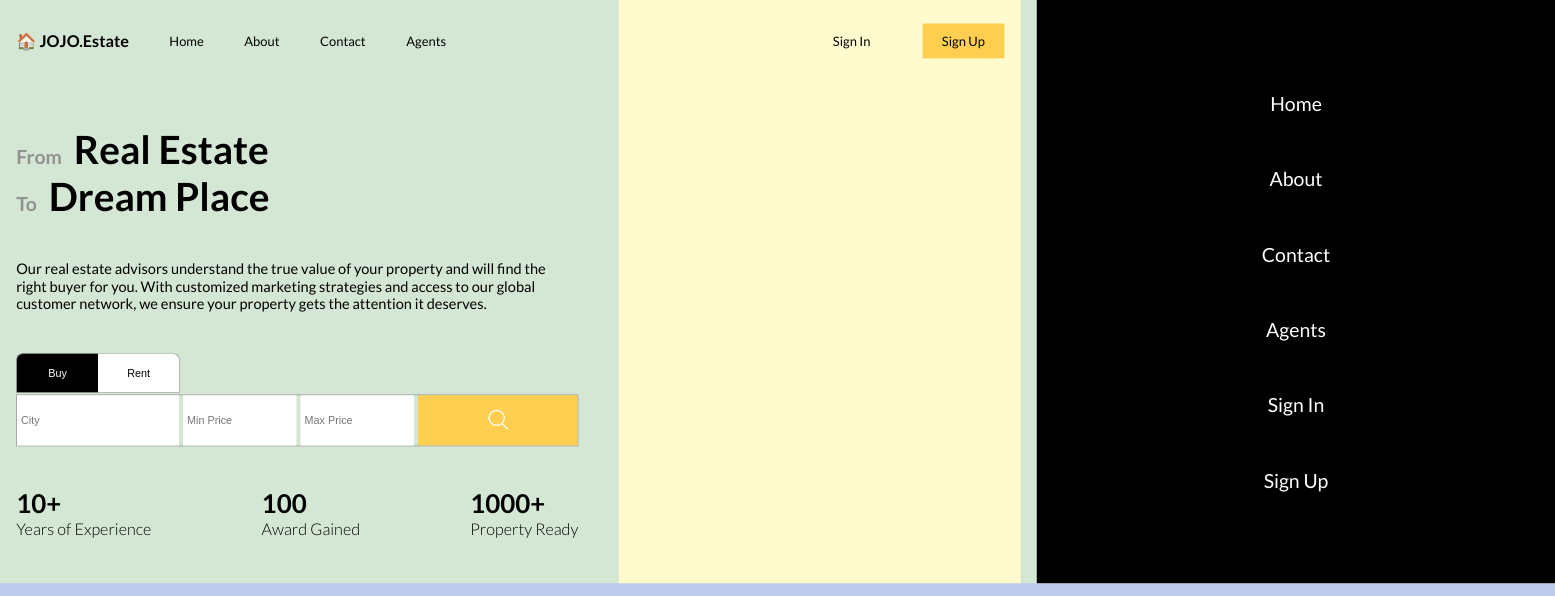
Repository: AiTrinh303/JOJO-estate
Page: /
The author's editor kept a copy of each file at every save. The page is drawn from the files as they stood at one save, then again after the next save.
The browser window is 1280 px wide. The page is 1920 px wide, so the pictures cover 1920 px, including what lies to the right of the window. The pictures show the whole page, at 81% of full size.
The page's requests for data from a server got no answer. The project was rebuilt for these pictures with package versions that can differ from the ones it lists, and the page was loaded fresh each time. No one was signed in, and anything a server would have sent is missing. Also part of the build but not shown: vite.config.js, src/lib/dummydata.js, src/routes/listPage/listPage.scss, src/components/filter/filter.scss, src/components/filter/Filter.jsx, src/components/card/card.scss, src/components/card/Card.jsx, src/components/map/map.scss and 22 more. Imported but missing from the stored project, and not drawn on this page: src/components/uploadWidget/UploadWidget.

Above is the page before, as saved 2024-08-06 22:55:13.

After the next save:
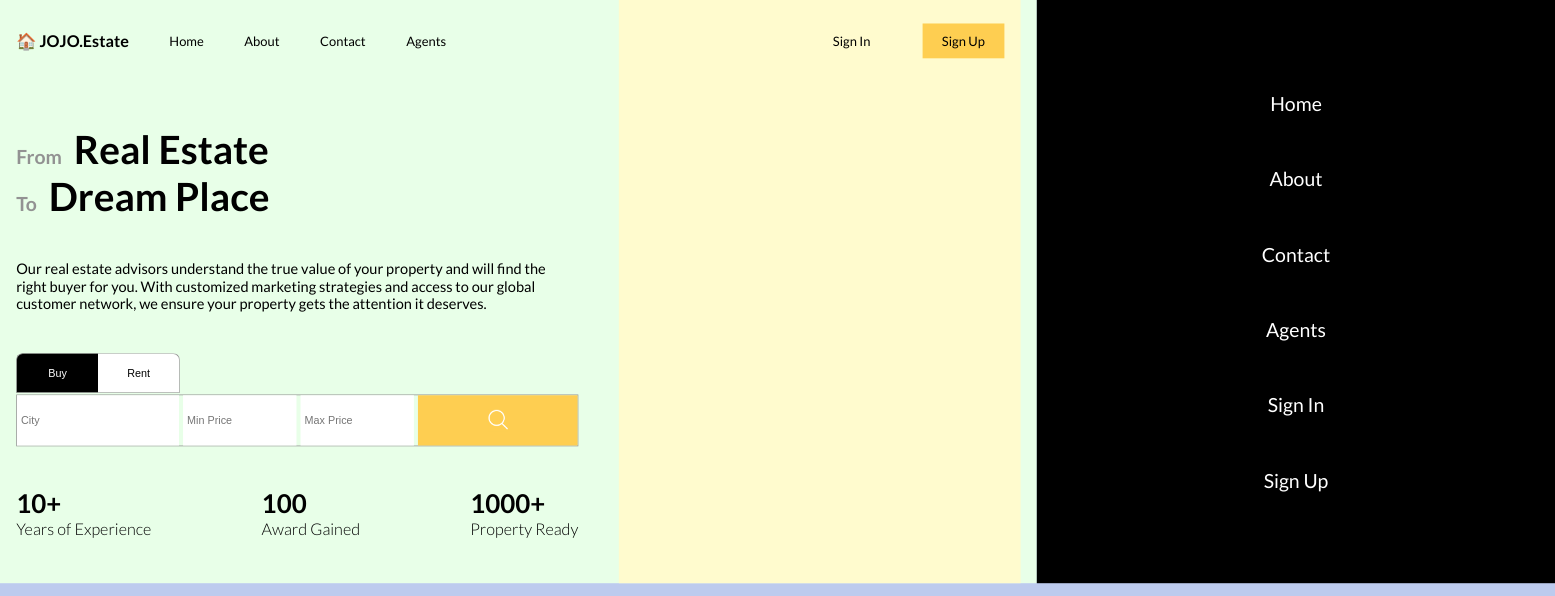
Saved 17 s later.
--- a/src/routes/layout/layout.scss
+++ b/src/routes/layout/layout.scss
@@ -7,7 +7,7 @@
   margin-right: auto;
   padding-left: 20px;
   padding-right: 20px;
-  background: rgb(212, 230, 212);
+  background: rgb(232, 255, 232);
 
   @include lg {
     max-width: 1280px;
